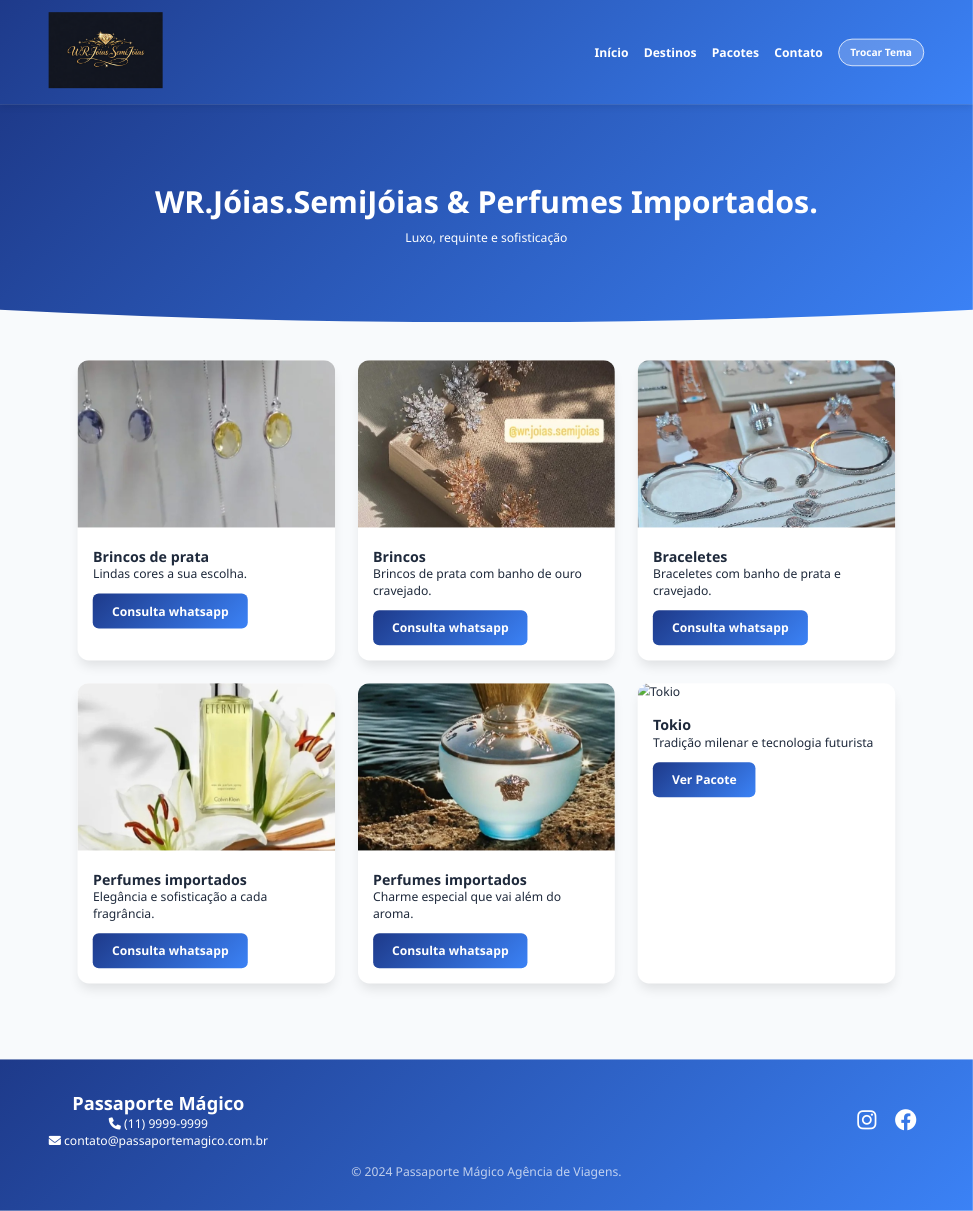
Repository: Sandro1969-tech/joias-perfumes
Page: index.html
An editor plug-in stored every save of this project. The page is shown before and after a run of saves, followed by the edit.
The browser window is 1280 px wide. The pictures show the whole page, at 76% of full size.

Above is the page before, as saved 2026-01-28 15:26:22.
Not found: sexy

### index.html
<!DOCTYPE html>
<html lang="pt-br">
<head>
    <meta charset="UTF-8">
    <meta name="viewport" content="width=device-width, initial-scale=1.0">
    <title>WR.Jóias.SemiJóias & Perfumes Importados</title>
    <link rel="stylesheet" href="https://cdnjs.cloudflare.com/ajax/libs/font-awesome/6.0.0/css/all.min.css">
    <link rel="shortcut icon" href="assets/image/icone.png" type="image/x-icon">

    <style>
        /* VARIÁVEIS DE CORES */
        :root {
            --primary-gradient: linear-gradient(135deg, #1e3a8a, #3b82f6);
            --bg-color: #f8fafc;
            --text-color: #1e293b;
            --card-bg: #ffffff;
            --accent-color: #60a5fa;
            --button-hover: #2563eb;
        }

        [data-theme="dark"] {
            --bg-color: #0f172a;
            --text-color: #f1f5f9;
            --card-bg: #1e293b;
            --accent-color: #3b82f6;
        }

        /* RESET E GERAL */
        * {
            margin: 0; padding: 0; box-sizing: border-box;
            transition: background 0.4s ease, color 0.4s ease;
            font-family: 'Segoe UI', Tahoma, sans-serif;
        }

        body {
            background-color: var(--bg-color);
            color: var(--text-color);
        }

        /* HEADER E MENU */
        header {
            background: var(--primary-gradient);
            padding: 1rem 5%;
            display: flex;
            justify-content: space-between;
            align-items: center;
            position: sticky; top: 0; z-index: 1000;
            box-shadow: 0 4px 10px rgba(0,0,0,0.1);
        }

        .logo img { height: 100px; }

        .nav-container { display: flex; align-items: center; gap: 20px; }

        .nav-links { display: flex; list-style: none; gap: 20px; }

        .nav-links a {
            color: white; text-decoration: none; font-weight: bold;
            transition: 0.3s;
        }
        .nav-links a:hover { color: var(--accent-color); padding-left: 5px; }

        /* BOTÃO TEMA */
        #theme-toggle {
            background: rgba(255,255,255,0.2);
            border: 1px solid white;
            color: white;
            padding: 8px 15px;
            border-radius: 20px;
            cursor: pointer;
            font-weight: bold;
        }

        /* HERO SECTION */
        .hero {
            text-align: center;
            padding: 100px 20px;
            background: var(--primary-gradient);
            color: white;
            clip-path: ellipse(150% 100% at 50% 0%);
        }

        .hero h1 { font-size: 2.5rem; margin-bottom: 10px; }

        /* GRID DE 3 COLUNAS (CORRIGIDO) */
        .destinos-container {
            display: grid;
            grid-template-columns: repeat(3, 1fr); /* 3 colunas fixas no desktop */
            gap: 30px;
            padding: 50px 8%;
            max-width: 1400px;
            margin: 0 auto;
        }

        .card {
            background: var(--card-bg);
            border-radius: 15px;
            overflow: hidden;
            box-shadow: 0 10px 15px -3px rgba(0,0,0,0.1);
            transition: transform 0.3s ease;
        }

        .card:hover { transform: translateY(-10px); }

        .card img { width: 100%; height: 220px; object-fit: cover; }

        .card-content { padding: 20px; }

        /* BOTÕES COM MOVIMENTO SUAVE (CORRIGIDO) */
        .btn-reserva {
            display: inline-block;
            margin-top: 15px;
            padding: 12px 25px;
            background: var(--primary-gradient);
            color: white;
            text-decoration: none;
            border-radius: 8px;
            font-weight: bold;
            transition: all 0.4s cubic-bezier(0.175, 0.885, 0.32, 1.275);
        }

        .btn-reserva:hover {
            background: var(--button-hover);
            transform: scale(1.05) translateX(10px); /* Movimenta para o lado suavemente */
            box-shadow: 0 5px 15px rgba(59, 130, 246, 0.4);
        }

        /* RODAPÉ */
        footer {
            background: var(--primary-gradient);
            color: white;
            padding: 40px 5%;
            text-align: center;
            margin-top: 50px;
        }

        .footer-content {
            display: flex; justify-content: space-between;
            align-items: center; flex-wrap: wrap; gap: 20px;
        }

        .social-icon {
            color: white; font-size: 1.8rem; margin: 0 10px;
            transition: 0.4s; display: inline-block;
        }
        .social-icon:hover { transform: translateY(-8px); color: var(--accent-color); }

        /* RESPONSIVIDADE */
        @media (max-width: 1024px) { .destinos-container { grid-template-columns: repeat(2, 1fr); } }
        @media (max-width: 768px) {
            .destinos-container { grid-template-columns: 1fr; }
            .nav-links { display: none; } /* Simplificado para focar no erro anterior */
        }
    </style>
</head>
<body>

    <header>
        <div class="logo">
            <img src="assets/image/logo.png" alt="Passaporte Mágico">
        </div>
        <nav class="nav-container">
            <ul class="nav-links">
                <li><a href="#">Início</a></li>
                <li><a href="#">Destinos</a></li>
                <li><a href="#">Pacotes</a></li>
                <li><a href="#">Contato</a></li>
            </ul>
            <button id="theme-toggle">Trocar Tema</button>
        </nav>
    </header>

    <section class="hero">
        <h1>WR.Jóias.SemiJóias & Perfumes Importados.</h1>
        <p>Luxo, requinte e sofisticação</p>
    </section>

    <main class="destinos-container">
        <div class="card">
            <img src="assets/image/joia1.png" alt="Brincos">
            <div class="card-content">
                <h3>Brincos de prata</h3>
                <p>Lindas cores a sua escolha.</p>
                <a href="#" class="btn-reserva">Consulta whatsapp</a>
            </div>
        </div>
        <div class="card">
            <img src="assets/image/joia4.png" alt="Brincos">
            <div class="card-content">
                <h3>Brincos</h3>
                <p>Brincos de prata com banho de ouro cravejado.</p>
                <a href="#" class="btn-reserva">Consulta whatsapp</a>
            </div>
        </div>
        <div class="card">
            <img src="assets/image/joia5.png" alt="Bracelete">
            <div class="card-content">
                <h3>Braceletes</h3>
                <p>Braceletes com banho de prata e cravejado.</p>
                <a href="#" class="btn-reserva">Consulta whatsapp</a>
            </div>
        </div>
        <div class="card">
            <img src="assets/image/eternity.png" alt="Perfume">
            <div class="card-content">
                <h3>Perfumes importados</h3>
                <p>Elegância e sofisticação a cada fragrância.</p>
                <a href="#" class="btn-reserva">Consulta whatsapp</a>
            </div>
        </div>
        <div class="card">
            <img src="assets/image/versace.png" alt="Perfume">
            <div class="card-content">
                <h3>Perfumes importados</h3>
                <p>Charme especial que vai além do aroma.</p>
                <a href="#" class="btn-reserva">Consulta whatsapp</a>
            </div>
        </div>
        <div class="card">
            <img src="sexy" alt="Tokio">
            <div class="card-content">
                <h3>Tokio</h3>
                <p>Tradição milenar e tecnologia futurista</p>
                <a href="#" class="btn-reserva">Ver Pacote</a>
            </div>
        </div>
    </main>

    <footer>
        <div class="footer-content">
            <div class="footer-info">
                <h2>Passaporte Mágico</h2>
                <p><i class="fas fa-phone"></i> (11) 9999-9999</p>
                <p><i class="fas fa-envelope"></i> contato@passaportemagico.com.br</p>
            </div>
            <div class="footer-socials">
                <a href="#" class="social-icon"><i class="fab fa-instagram"></i></a>
                <a href="#" class="social-icon"><i class="fab fa-facebook"></i></a>
            </div>
        </div>
        <p style="margin-top:20px; opacity:0.7;">&copy; 2024 Passaporte Mágico Agência de Viagens.</p>
    </footer>

    <script>
        const themeBtn = document.getElementById('theme-toggle');
        const body = document.body;

        themeBtn.onclick = () => {
            if (body.hasAttribute('data-theme')) {
                body.removeAttribute('data-theme');
                localStorage.setItem('theme', 'light');
                themeBtn.innerText = "Trocar Tema";
            } else {
                body.setAttribute('data-theme', 'dark');
                localStorage.setItem('theme', 'dark');
                themeBtn.innerText = "Modo Claro";
            }
        };

        // Verifica preferência salva
        if (localStorage.getItem('theme') === 'dark') {
            body.setAttribute('data-theme', 'dark');
            themeBtn.innerText = "Modo Claro";
        }
    </script>
</body>
</html>

After the next 4 saves:
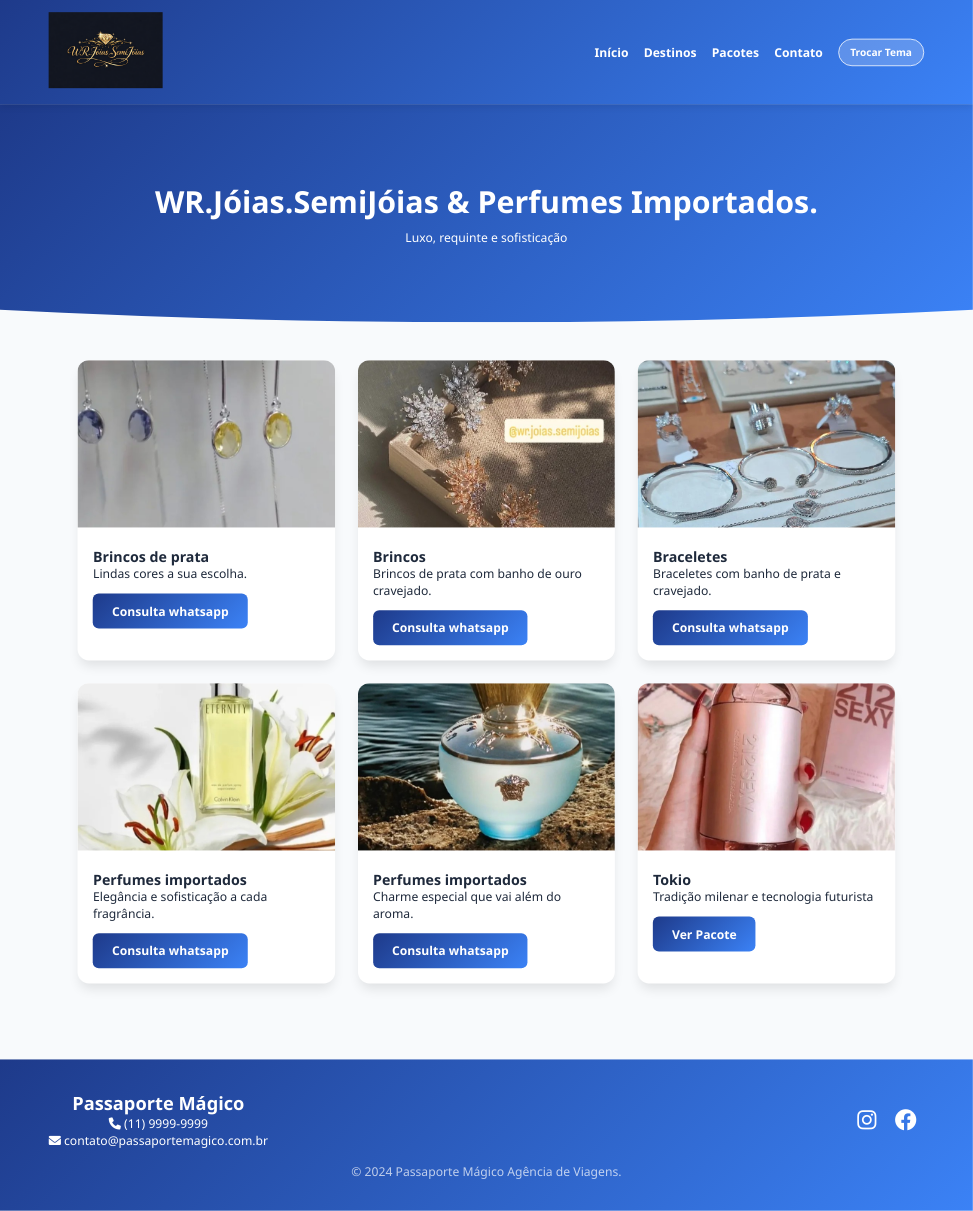
The 4 saves are shown as one change because they came seconds apart.
The last was saved 11 s later.
--- a/index.html
+++ b/index.html
@@ -217,7 +217,7 @@
             </div>
         </div>
         <div class="card">
-            <img src="sexy" alt="Tokio">
+            <img src="assets/image/sexy.png" alt="Tokio">
             <div class="card-content">
                 <h3>Tokio</h3>
                 <p>Tradição milenar e tecnologia futurista</p>
